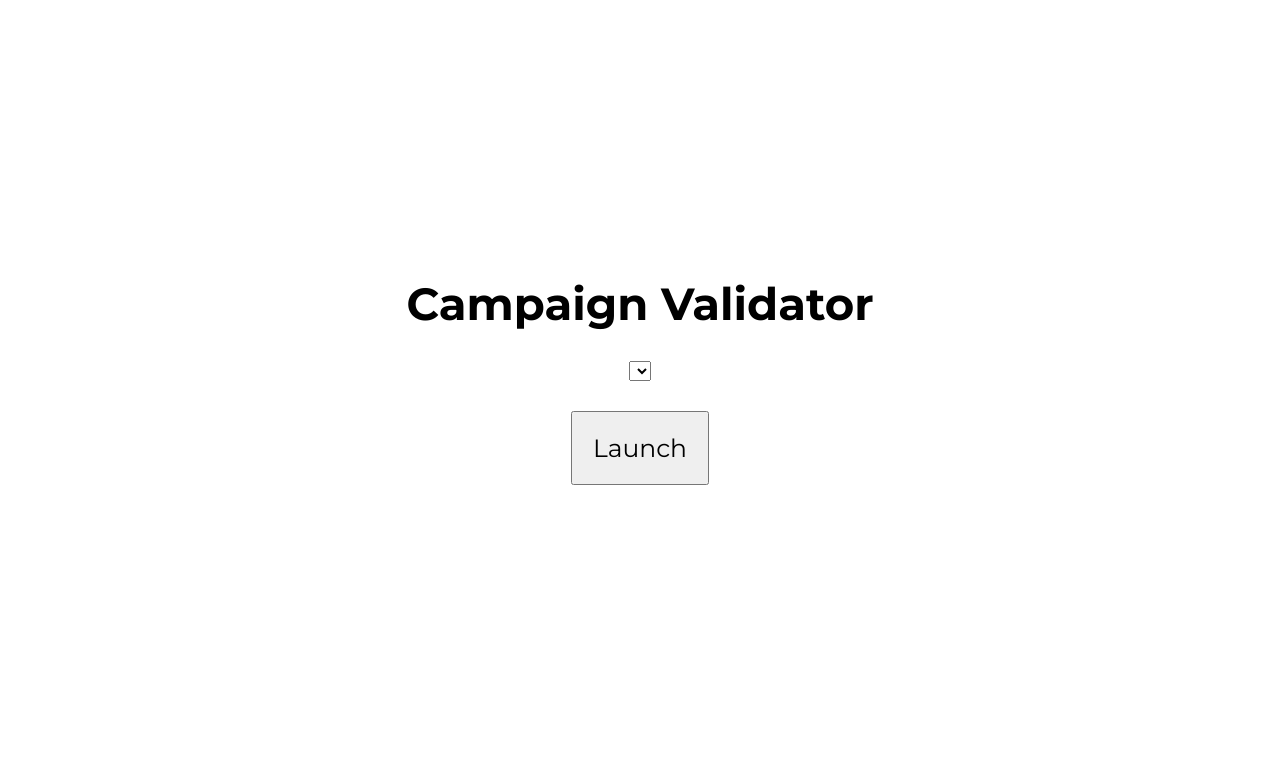
Repository: AbApin/project
Page: / (app in frontend/)
An editor plug-in stored every save of this project. The page is shown before and after the next save, followed by the edit.
The browser window is 1280 px wide. The pictures show the whole page.
The page's requests for data from a server got no answer. The project was rebuilt for these pictures with package versions that can differ from the ones it lists, and the page was loaded fresh each time. No one was signed in, and anything a server would have sent is missing. Also part of the build but not shown: frontend/vue.config.js.

Above is the page before, as saved 2023-02-21 15:55:31.

### frontend/public/index.html
<!DOCTYPE html>
<html lang="">
  <head>
    <meta charset="utf-8" />
    <meta http-equiv="X-UA-Compatible" content="IE=edge" />
    <meta name="viewport" content="width=device-width,initial-scale=1.0" />
    <link rel="icon" href="<%= BASE_URL %>favicon.ico" />
    <title><%= htmlWebpackPlugin.options.title %></title>
    <link
      href="https://fonts.googleapis.com/css?family=Montserrat:100,200,300,regular,500,600,700,800,900,100italic,200italic,300italic,italic,500italic,600italic,700italic,800italic,900italic"
      rel="stylesheet"
    />
  </head>
  <body>
    <noscript>
      <strong
        >We're sorry but <%= htmlWebpackPlugin.options.title %> doesn't work properly without
        JavaScript enabled. Please enable it to continue.</strong
      >
    </noscript>
    <div id="app"></div>
    <!-- built files will be auto injected -->
  </body>
</html>

### frontend/src/App.vue
<template>
  <div id="app">
    <h1 class="appTitle">Campaign Validator</h1>
    <select class="campaignsList">
      <option value="" v-for="campaign in campaigns" :key="campaign">{{ campaign.name }}</option>
    </select>
    <button class="launchBtn">launch</button>
  </div>
</template>

<script>
export default {
  name: 'App',
  data() {
    return {
      campaigns: [],
    };
  },
  mounted() {
    fetch('/campaigns')
      .then((response) => response.json())
      .then((data) => (this.campaigns = data.campaigns));
  },
};
</script>

<style>
* {
  margin: 0;
  padding: 0;
  box-sizing: 0;
  font-family: 'Montserrat', sans-serif;
}
#app {
  display: flex;
  align-items: center;
  justify-content: center;
  flex-direction: column;
  gap: 30px;
  padding: 20px;
  height: 100vh;
}
.appTitle {
  font-size: 45px;
}
.launchBtn {
  font-size: 25px;
  text-transform: capitalize;
  padding: 20px;
  bo
}
</style>

Loaded but not shown: frontend/src/main.js (common file)

After the next save:
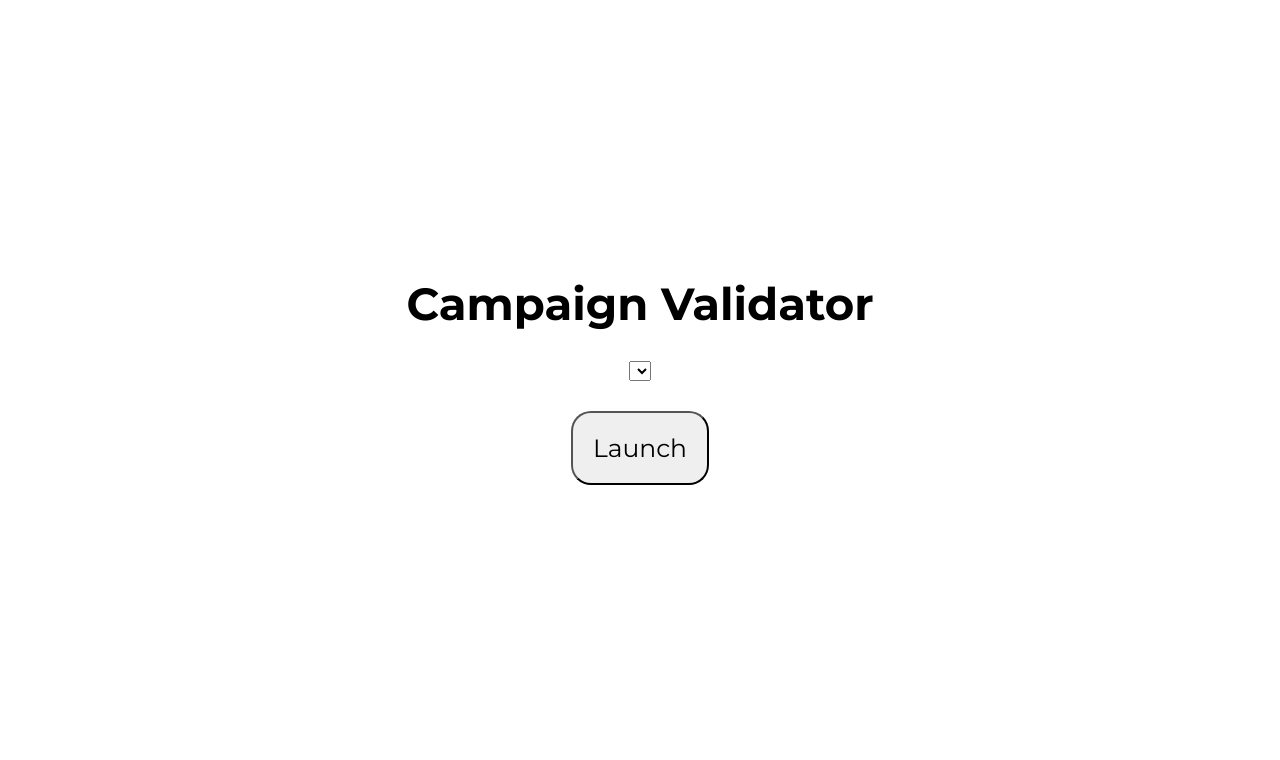
Saved 6 s later.
--- a/frontend/src/App.vue
+++ b/frontend/src/App.vue
@@ -47,6 +47,6 @@ export default {
   font-size: 25px;
   text-transform: capitalize;
   padding: 20px;
-  bo
+  border-radius: 20px;
 }
 </style>
